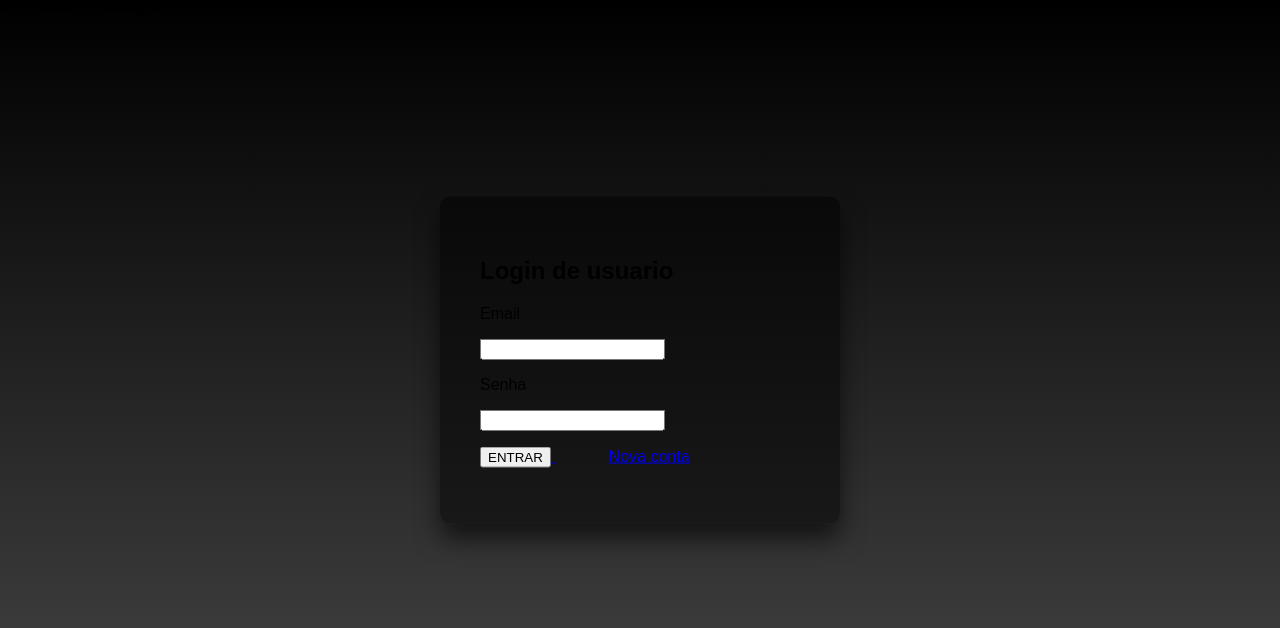
Repository: alessandro405/Primeiro-Projeto
Page: http://localhost/meu-projeto/login
These files come from the project's save history. The page is drawn as it stood at one moment and after the next save; the edit follows.
The browser window is 1280 px wide. The pictures show the whole page.
The page is served by Tomcat 9. Other server files are loaded and not shown.

Above is the page before, as saved 2022-04-20 23:30:55.

### MeuProjeto/meu-projeto/src/main/webapp/WEB-INF/paginas/Login.jsp
<%@ page language="java" contentType="text/html; charset=ISO-8859-1"
    pageEncoding="ISO-8859-1"%>
<%@ taglib uri="http://java.sun.com/jsp/jstl/core" prefix="jstl" %>

<!DOCTYPE html>
<html>
<head>
	<link href="CSS/css.login/login.css" rel="stylesheet">
<meta charset="ISO-8859-1">
<title>Login de usuario</title>
</head>
<body>
	<%
		String erro = (String) request.getAttribute("erro");
		String erro2 = (String) request.getAttribute("erro2");
	%>
	<div class="login-box">
	<h2>Login de usuario</h2>
	<form method = "post" action="${pageContext.request.contextPath}/login">
		<div class="user-box">
		<p>Email</P>
		<p><input type= "text" name= "email"></p>
		</div>
		<div class="user-box">
		<p>Senha</P>
		<p><input type= "text" name= "senha"></p>
		</div>
		<a href="#">
          <span></span>
          <span></span>
          <span></span>
          <span></span>
		<button type= "submit" >ENTRAR</button>
		</a>
		&nbsp;&nbsp;&nbsp;&nbsp;&nbsp;&nbsp;&nbsp;&nbsp;&nbsp;&nbsp;&nbsp;
		<a class="nova-conta" href="${pageContext.request.contextPath}/nova">Nova conta</a>
		<p><%
			if(erro != null){
				out.print(erro);
			} else if(erro2 != null){
				out.print(erro2);
			}
		%></P>
	</form>
	</div>
	<footer>AL Software Developer</footer>
</body>
</html>

### MeuProjeto/meu-projeto/src/main/java/br/com/devjunior/servlets/Login.java
package br.com.devjunior.servlets;

import java.io.IOException;
import java.sql.SQLException;

import javax.servlet.RequestDispatcher;
import javax.servlet.ServletException;
import javax.servlet.annotation.WebServlet;
import javax.servlet.http.HttpServlet;
import javax.servlet.http.HttpServletRequest;
import javax.servlet.http.HttpServletResponse;
import javax.servlet.http.HttpSession;

import entidades.Usuario;
import impl.UsuarioRepositorioJDBC;

@WebServlet(urlPatterns = { "/login" })
public class Login extends HttpServlet {
	/**
	 *
	 */
	private static final long serialVersionUID = -2706311068111453632L;

	@Override
	protected void doGet(HttpServletRequest req, HttpServletResponse resp) throws ServletException, IOException {
		RequestDispatcher dispatcher = req.getServletContext().getRequestDispatcher("/WEB-INF/paginas/Login.jsp");
		dispatcher.forward(req, resp);
	}

	@Override
	protected void doPost(HttpServletRequest request, HttpServletResponse resp) throws ServletException, IOException {
		UsuarioRepositorioJDBC aut = new UsuarioRepositorioJDBC();
		Usuario novoContato = new Usuario();
		novoContato.setEmail(request.getParameter("email"));
		novoContato.setSenha(request.getParameter("senha"));

		try {
			Usuario usu = aut.autenticar(novoContato);

			if(usu != null) {

				HttpSession session = request.getSession();
				session.setAttribute("usuarioLogado", novoContato);

				resp.sendRedirect(request.getContextPath() + "/lista");

			}else {
				request.setAttribute("erro", "Email ou senha invalido");
				RequestDispatcher dispatcher = request.getServletContext().getRequestDispatcher("/WEB-INF/paginas/Login.jsp");
				dispatcher.forward(request, resp);

			}

		} catch (SQLException e) {
			request.getSession().setAttribute("mensagemErro", e.getMessage());

		}

	}

}

### MeuProjeto/meu-projeto/src/main/webapp/CSS/css.login/login.css
html {
  height: 100%;
}
body {
  margin: 0;
  padding: 0;
  font-family: sans-serif;
  background: linear-gradient(#000000, #434343);
}

.login-box {
  position: absolute;
  top: 50%;
  left: 50%;
  width: 400px;
  padding: 40px;
  transform: translate(-50%, -50%);
  background: rgba(0, 0, 0, 0.5);
  box-sizing: border-box;
  box-shadow: 0 15px 25px rgba(0, 0, 0, 0.6);
  border-radius: 10px;
}

After the next save:
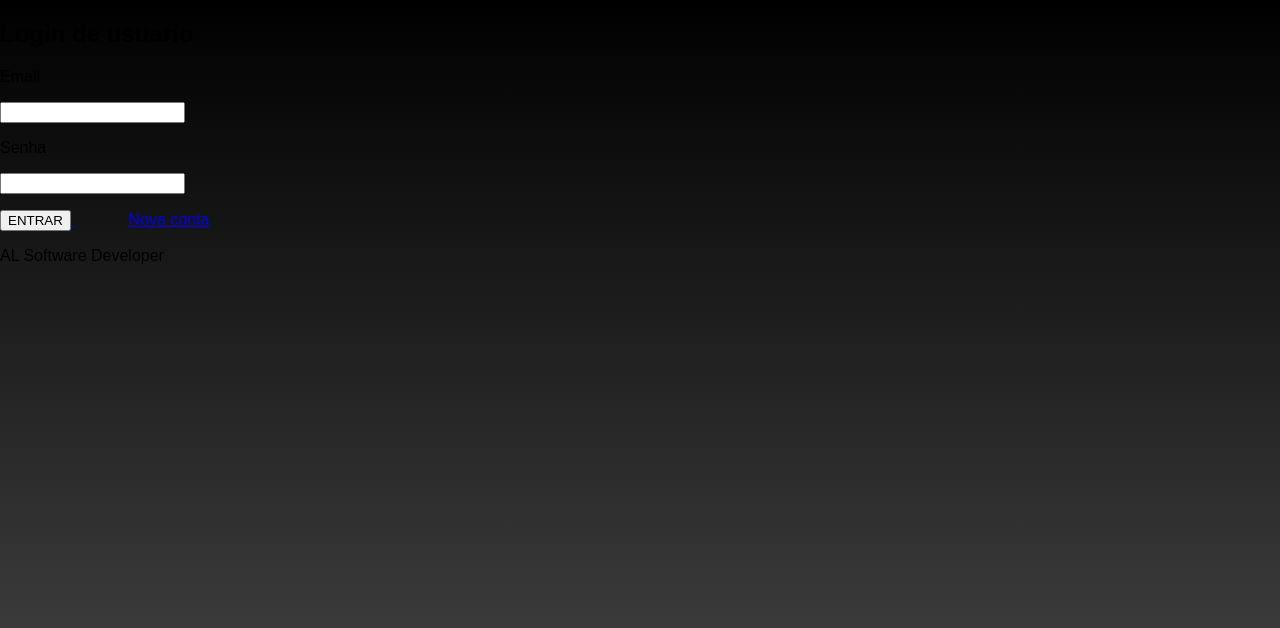
Saved 54 s later.
--- a/MeuProjeto/meu-projeto/src/main/webapp/CSS/css.login/login.css
+++ b/MeuProjeto/meu-projeto/src/main/webapp/CSS/css.login/login.css
@@ -8,7 +8,7 @@
   background: linear-gradient(#000000, #434343);
 }
 
-.login-box {
+/* .login-box {
   position: absolute;
   top: 50%;
   left: 50%;
@@ -19,4 +19,4 @@
   box-sizing: border-box;
   box-shadow: 0 15px 25px rgba(0, 0, 0, 0.6);
   border-radius: 10px;
-}
+} */

After the save that followed:
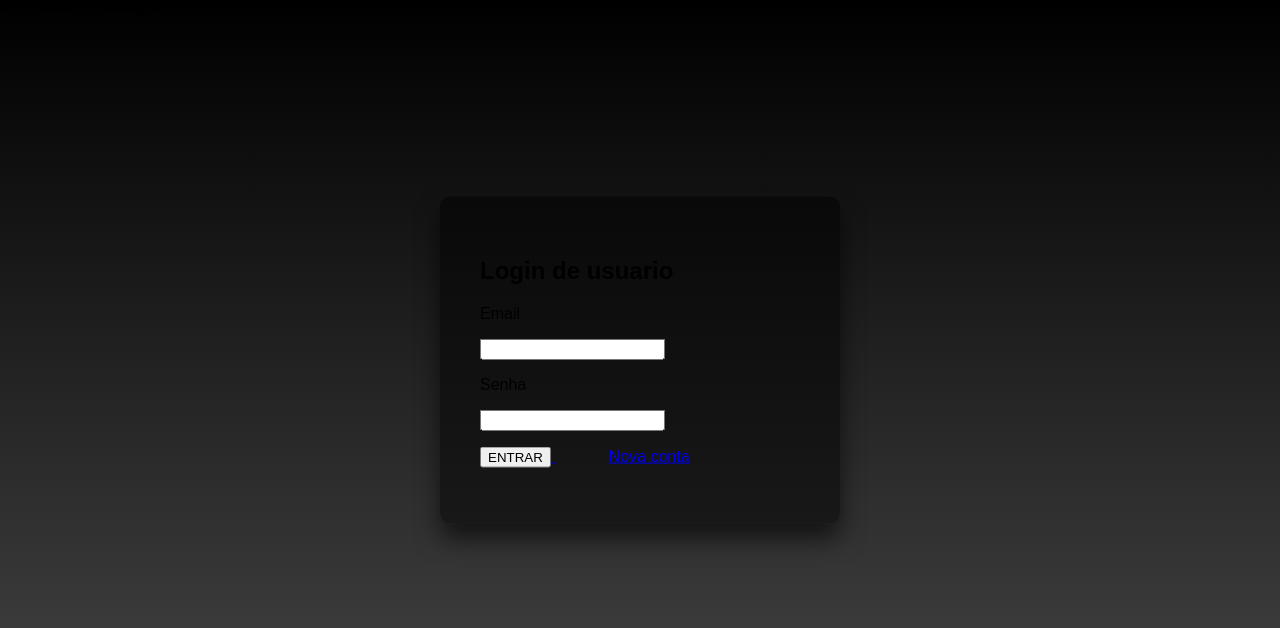
Saved 71 s later.
--- a/MeuProjeto/meu-projeto/src/main/webapp/CSS/css.login/login.css
+++ b/MeuProjeto/meu-projeto/src/main/webapp/CSS/css.login/login.css
@@ -8,7 +8,7 @@
   background: linear-gradient(#000000, #434343);
 }
 
-/* .login-box {
+.login-box {
   position: absolute;
   top: 50%;
   left: 50%;
@@ -19,4 +19,4 @@
   box-sizing: border-box;
   box-shadow: 0 15px 25px rgba(0, 0, 0, 0.6);
   border-radius: 10px;
-} */
+}
